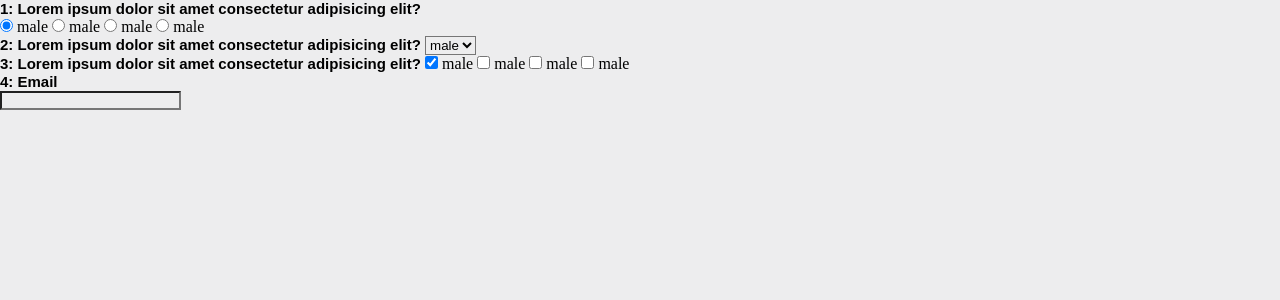
Repository: Grace229/Hasob-form
Page: index.html
An editor plug-in stored every save of this project. The page is shown before and after the next save, followed by the edit.
The browser window is 1280 px wide. The pictures show the whole page.

Above is the page before, as saved 2020-12-26 19:04:04.

After the next save:
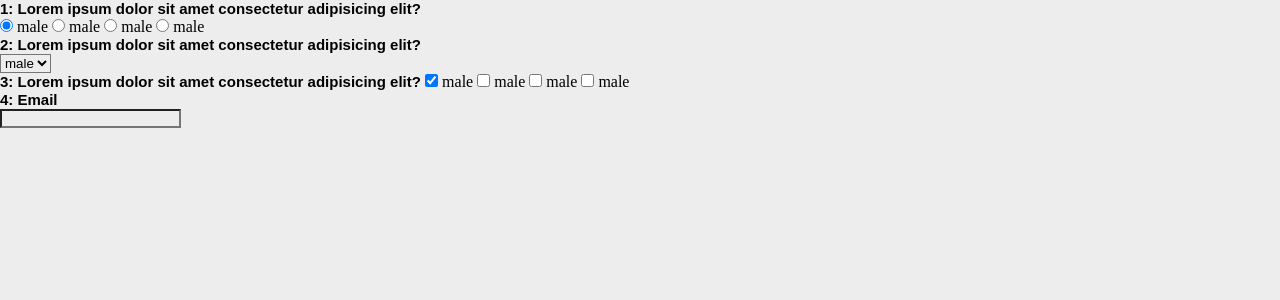
Saved 9 s later.
--- a/index.html
+++ b/index.html
@@ -18,7 +18,7 @@
         </div>
         <!-- dropdown -->
         <div>
-            <label for="">2: Lorem ipsum dolor sit amet consectetur adipisicing elit? </label>
+            <label for="">2: Lorem ipsum dolor sit amet consectetur adipisicing elit? </label><br>
                <select name="" id="">
                    <option value="male" class="input">
                     male
